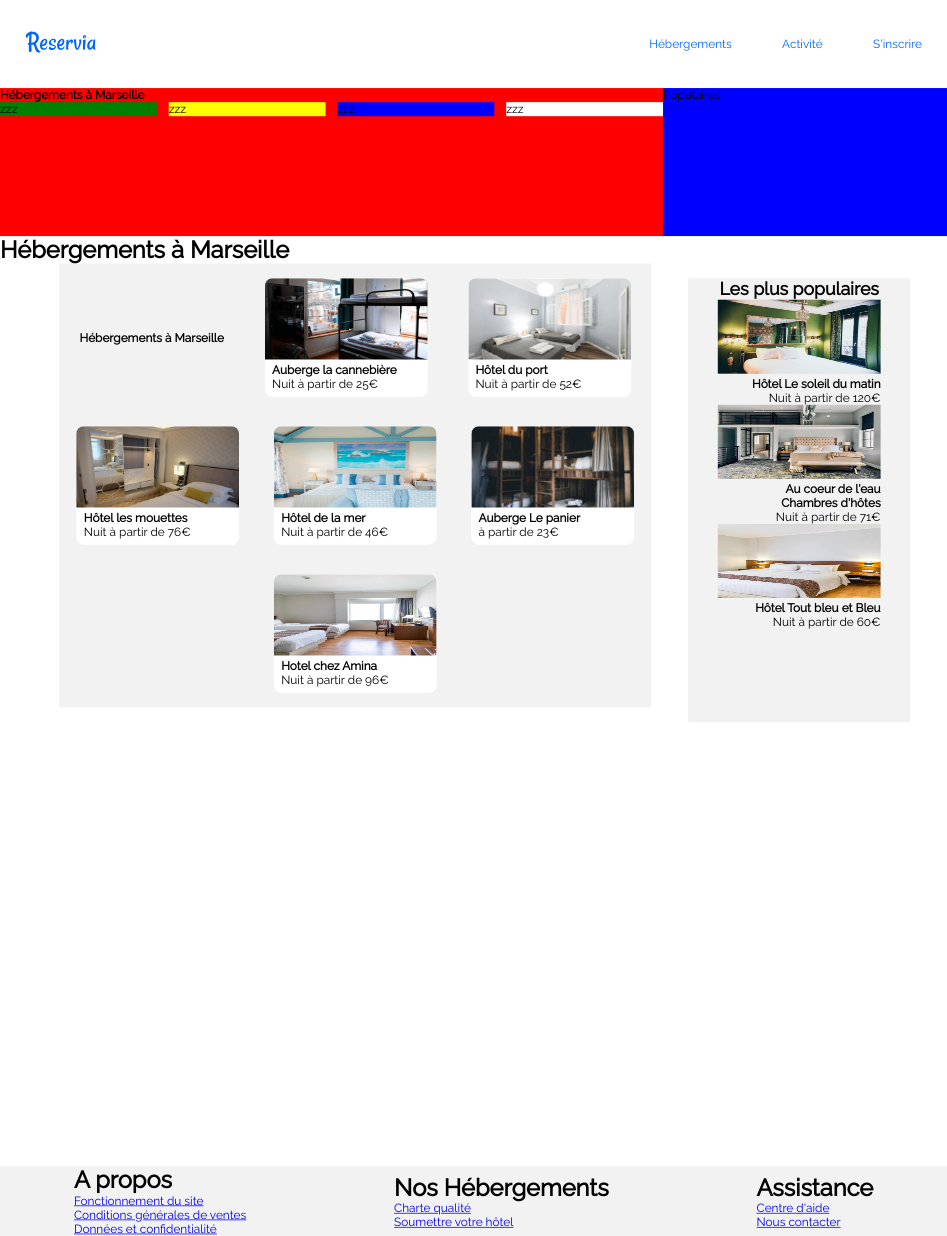
Repository: SoumareHarona/Soumaraharona_P2_18052021
Page: reservia.html
These files come from the project's save history. The page is drawn as it stood at one moment and after the next save; the edit follows.
The browser window is 1280 px wide. The pictures show the whole page, at 74% of full size.

Above is the page before, as saved 2021-06-14 16:07:49.

After the next save:
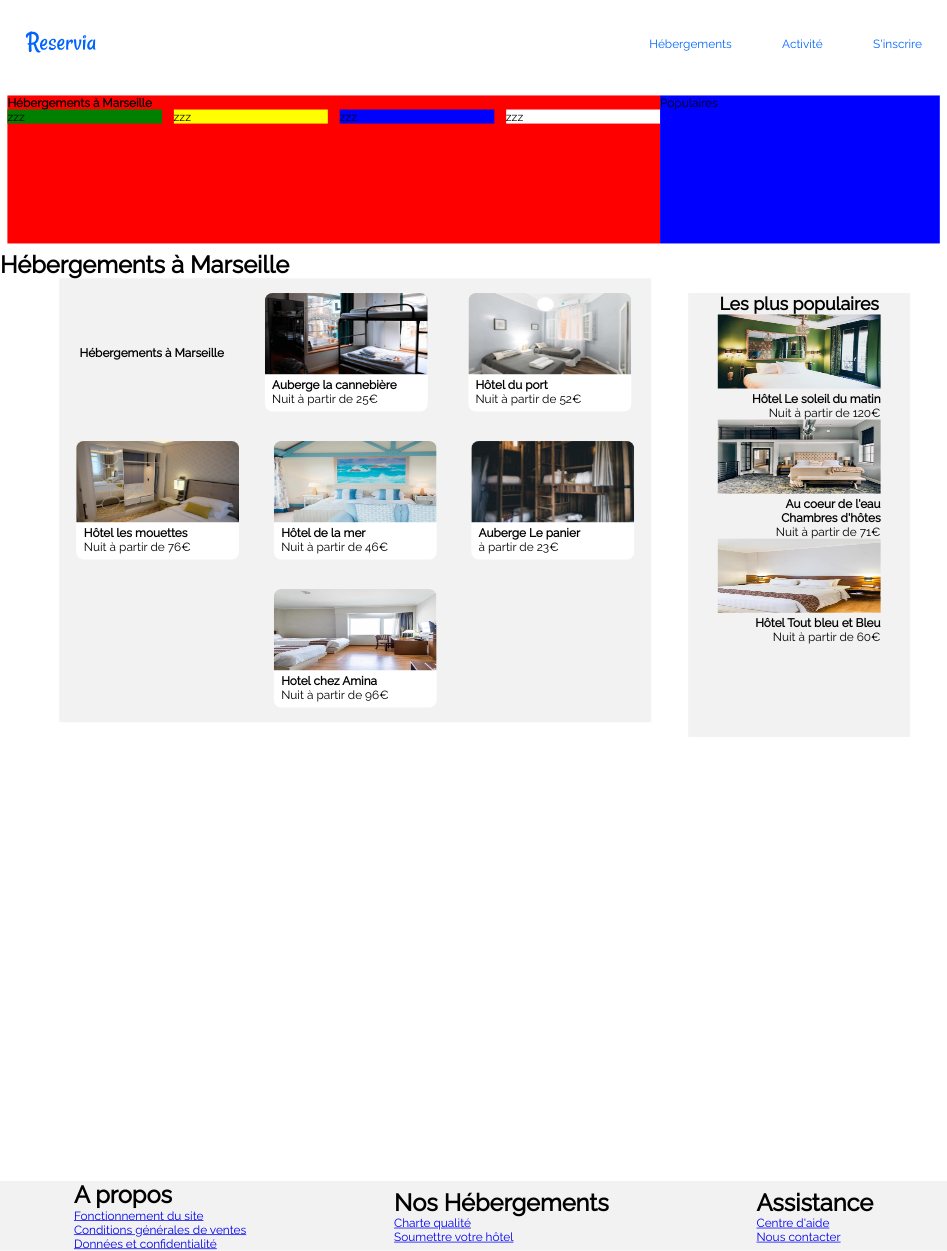
Saved 50 s later.
--- a/reservia.html
+++ b/reservia.html
@@ -23,7 +23,7 @@
 
         </header>
 
-        <div class="hebEtPop">
+        <div class="hebEtPop" style="padding: 10px;">
             <div class="heb" style="background-color: red;">
                 <p class="titre"><b>Hébergements à Marseille</b></p>
                 <div class="cards" style="display: flex;gap:1rem">

After the save that followed:
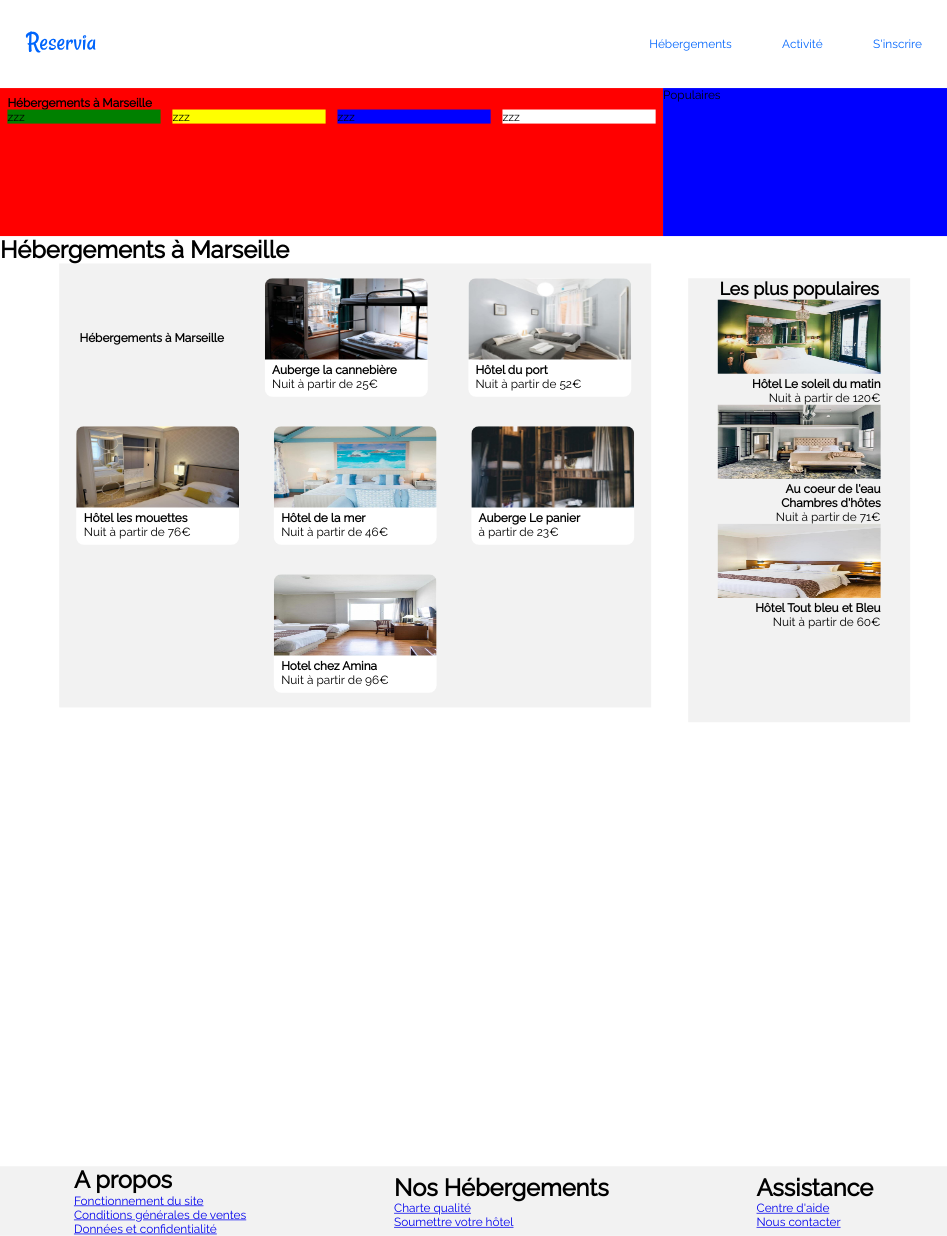
Saved 21 s later.
--- a/reservia.html
+++ b/reservia.html
@@ -23,8 +23,8 @@
 
         </header>
 
-        <div class="hebEtPop" style="padding: 10px;">
-            <div class="heb" style="background-color: red;">
+        <div class="hebEtPop">
+            <div class="heb" style="background-color: red;padding: 10px;">
                 <p class="titre"><b>Hébergements à Marseille</b></p>
                 <div class="cards" style="display: flex;gap:1rem">
 
